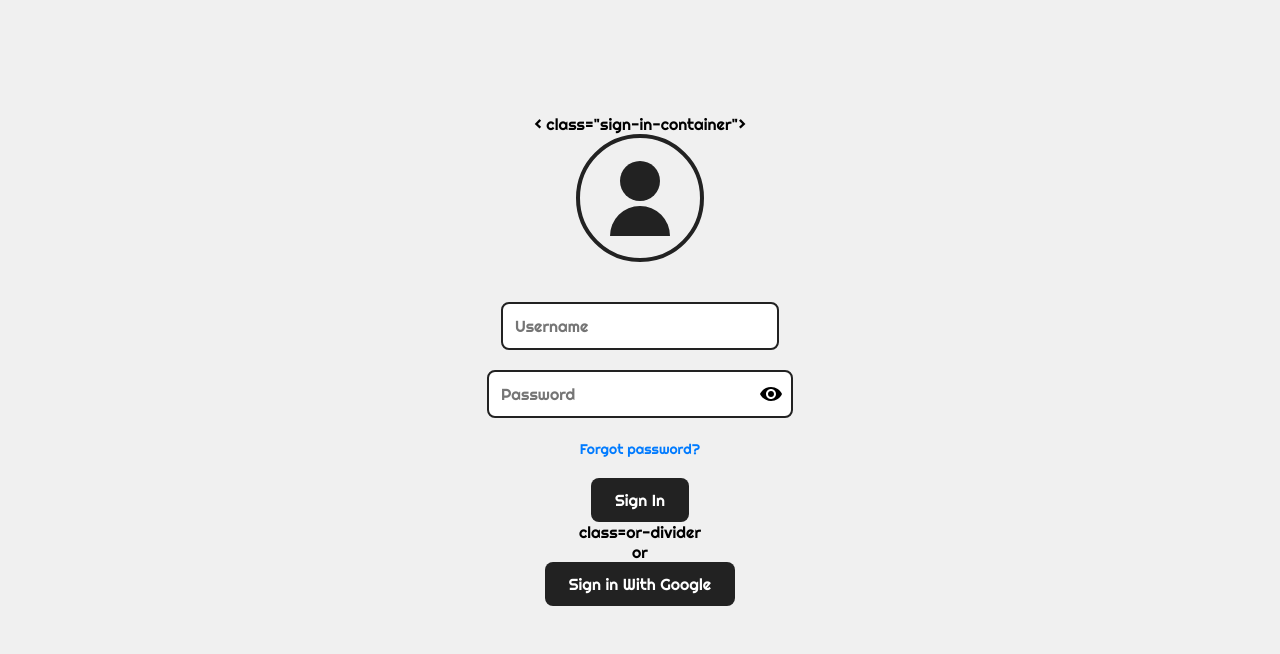
Repository: saifg123/Peer
Page: signin.html
These files come from the project's save history. The page is drawn as it stood at one moment and after the next save; the edit follows.
The browser window is 1280 px wide. The pictures show the whole page.

Above is the page before, as saved 2025-05-19 19:44:16.

### signin.html
  <!DOCTYPE html>
  <html lang="en">
  <head>
    <script src="https://accounts.google.com/gsi/client" async defer></script>
    <meta charset="UTF-8">
    <meta name="viewport" content="width=device-width, initial-scale=1.0">
    <title>Sign In</title>
    <link href="https://fonts.googleapis.com/css2?family=Righteous&display=swap" rel="stylesheet">
    <style>

  body {
        margin: 0;
        font-family: 'Righteous', cursive;
        background-color: #f0f0f0;
        display: flex;
        flex-direction: column;
        align-items: center;
        justify-content: center;
        height: 100vh;
      }

      .sign-in-container {
        text-align: center;
      }

      .guest-avatar-large {
        width: 120px;
        height: 120px;
        border: 4px solid #222;
        border-radius: 50%;
        display: flex;
        flex-direction: column;
        justify-content: center;
        align-items: center;
        margin: 0 auto 30px;
      }

      .avatar-head {
        width: 40px;
        height: 40px;
        background-color: #222;
        border-radius: 50%;
      }

      .avatar-body {
        width: 60px;
        height: 30px;
        background-color: #222;
        border-radius: 30px 30px 0 0;
        margin-top: 5px;
      }

      .input-box {
        margin: 10px 0;
      }

      input[type="text"],
      input[type="password"] {
        width: 250px;
        padding: 12px;
        font-size: 16px;
        border: 2px solid #222;
        border-radius: 8px;
        outline: none;
        font-family: 'Righteous', cursive;
      }

      input[type="text"]:focus,
      input[type="password"]:focus {
        border-color: #007BFF;
      }

      .password-wrapper {
        position: relative;
        display: inline-block;
      }

      #passwordInput {
        padding-right: 40px;
      }

      .toggle-password {
        position: absolute;
        right: 10px;
        top: 50%;
        transform: translateY(-50%);
        cursor: pointer;
        width: 24px;
        height: 24px;
        transition: opacity 0.3s ease;
        fill: #444;
      }

      .toggle-password:hover {
        fill: #007BFF;
      }

      .forgot-password {
        margin-top: 10px;
        margin-bottom: 20px;
      }

      .forgot-password a {
        text-decoration: none;
        color: #007BFF;
        font-size: 14px;
      }

      .forgot-password a:hover {
        text-decoration: underline;
      }

      .submit-btn {
        background-color: #222;
        color: #fff;
        border: none;
        padding: 12px 24px;
        font-size: 16px;
        border-radius: 8px;
        cursor: pointer;
        font-family: 'Righteous', cursive;
        transition: background-color 0.3s ease;
      }

      .submit-btn:hover {
        background-color: #007BFF;
      }

      .icon-layer {
        position: absolute;
        top: 50%;
        right: 10px;
        transform: translateY(-50%);
        width: 24px;
        height: 24px;
      }

      .icon-layer svg {
        position: absolute;
        top: 0;
        left: 0;
        width: 100%;
        height: 100%;
        transition: opacity 0.3s ease;
      }

      .icon-hidden {
        opacity: 0;
      }

      .icon-visible {
        opacity: 1;
      }
      .or-divider {
  display: flex;
  align-items: center;
  text-align: center;
  margin: 20px 0;
}

.or-divider::before,
.or-divider::after {
  content: '';
  flex: 1;
  border-bottom: 1px solid #ccc;
}

.or-divider span {
  margin: 0 10px;
  color: #777;
  font-size: 14px;
  font-family: 'Righteous', cursive;
}
      .or-divider a {
        text-decoration: none;
        color: #007BFF;
        font-size: 14px;
      }

      .or-divider a:hover {
        text-decoration: underline;
      }
    </style>
  </head>
  <body>
    < class="sign-in-container">
      <div class="guest-avatar-large">
        <div class="avatar-head"></div>
        <div class="avatar-body"></div>
      </div>

      <div class="input-box">
        <input type="text" placeholder="Username">
      </div>

      <div class="input-box password-wrapper">
        <input type="password" id="passwordInput" placeholder="Password">
        <div class="icon-layer">
          <svg id="eyeOpen" class="icon-visible" viewBox="0 0 24 24" fill="currentColor">
            <path d="M12 5C7 5 2.7 8.1 1 12c1.7 3.9 6 7 11 7s9.3-3.1 11-7c-1.7-3.9-6-7-11-7zm0 12c-2.8
                    0-5-2.2-5-5s2.2-5 5-5 5 2.2 5 5-2.2 5-5 5zm0-8c-1.7 0-3 1.3-3 3s1.3 3
                    3 3 3-1.3 3-3-1.3-3-3-3z"/>
          </svg>
          <svg id="eyeClosed" class="icon-hidden" viewBox="0 0 24 24" fill="currentColor">
            <path d="M1 4.27L2.28 3 21 21.72 19.73 23l-2.27-2.27C15.6 21 13.86 21.5 12
                    21.5c-5 0-9.3-3.1-11-7 1.1-2.6 3.1-4.7 5.5-6.1L1 4.27zM12 6.5c4.7 0
                    8.6 2.8 10 6.5-.5 1.2-1.2 2.3-2.1 3.3l-2.1-2.1c.2-.4.3-.9.3-1.4
                    0-2.2-1.8-4-4-4-.5 0-1 .1-1.4.3l-2.1-2.1C10.7 6.6 11.3 6.5 12 6.5zm-3
                    3c0 .6.2 1.2.5 1.7l-3.8-3.8c.8-.6 1.8-1.1 2.8-1.4l1.5 1.5c-.3.5-.5
                    1-.5 1.7z"/>
          </svg>
        </div>
      </div>

      <div class="forgot-password">
        <a href="#">Forgot password?</a>
      </div>
<form id="signin-form" onsubmit="event.preventDefault();">
        <button type="submit" class="submit-btn">Sign In</button>
      </form>
<div>class=or-divider</div><span>or</span>
  <form onsubmit=" fetchClassroomData(event) " >
      <button type="submit" class="submit-btn">Sign in With Google</button>
    </form>
  <script>
    function handleCredentialResponse(response) {
      console.log("Google ID token:", response.credential);
    }

    async function getAccessToken() {
      return new Promise((resolve, reject) => {
        google.accounts.oauth2.initTokenClient({
          client_id: '824197230866-ihf2fbgin6f0d4mntooh3mpt6qku7vrc.apps.googleusercontent.com',
          scope: [
            'https://www.googleapis.com/auth/classroom.courses.readonly',
            'https://www.googleapis.com/auth/classroom.courses.readonly',
            'https://www.googleapis.com/auth/classroom.coursework.me.readonly',
            'https://www.googleapis.com/auth/classroom.student-submissions.me.readonly',
            'https://www.googleapis.com/auth/classroom.profile.emails',
            'https://www.googleapis.com/auth/classroom.profile.photos',
            'https://www.googleapis.com/auth/classroom.announcements.readonly',
            'https://www.googleapis.com/auth/classroom.courseworkmaterials.readonly',
            'https://www.googleapis.com/auth/classroom.push-notifications',
            'https://www.googleapis.com/auth/classroom.topics.readonly',
            'https://www.googleapis.com/auth/classroom.coursework.me.readonly',
            'https://www.googleapis.com/auth/classroom.announcements.readonly',
          ].join(' '),
          callback: (tokenResponse) => {
            resolve(tokenResponse.access_token);
          }
        }).requestAccessToken();
      });
    }

    async function fetchClassroomData(event) {
  event.preventDefault();
  const token = await getAccessToken();
  if (!token) {
    alert("Please sign in with Google.");
    return;
  }

  const headers = { Authorization: `Bearer ${token}` };

  // Step 1: Get all courses for the signed-in user
  const coursesRes = await fetch("https://classroom.googleapis.com/v1/courses", { headers });
  const coursesData = await coursesRes.json();

  if (!coursesData.courses || coursesData.courses.length === 0) {
    console.log("No courses found.");
    return;
  }

  console.log("User's courses:", coursesData.courses);

  // Step 2: For each course, fetch announcements and coursework
  for (const course of coursesData.courses) {
    const courseId = course.id;
    console.log(`Fetching data for course: ${course.name} (${courseId})`);

    const endpoints = [
      `https://classroom.googleapis.com/v1/courses/${courseId}/announcements`,
      `https://classroom.googleapis.com/v1/courses/${courseId}/courseWork`
    ];

    for (const url of endpoints) {
  try {
    const res = await fetch(url, { headers });
    console.log(`Status for ${url}:`, res.status);

    if (!res.ok) {
      const errorText = await res.text();
      console.error(`Error response body from ${url}:`, errorText);
      continue;
    }

    const data = await res.json();
    console.log(`Data from ${url}:`, data);
  } catch (err) {
    console.error(`Error fetching ${url}:`, err);
  }
    }
  }}
  </script>
  </div>
</body>
</html>

After the next save:
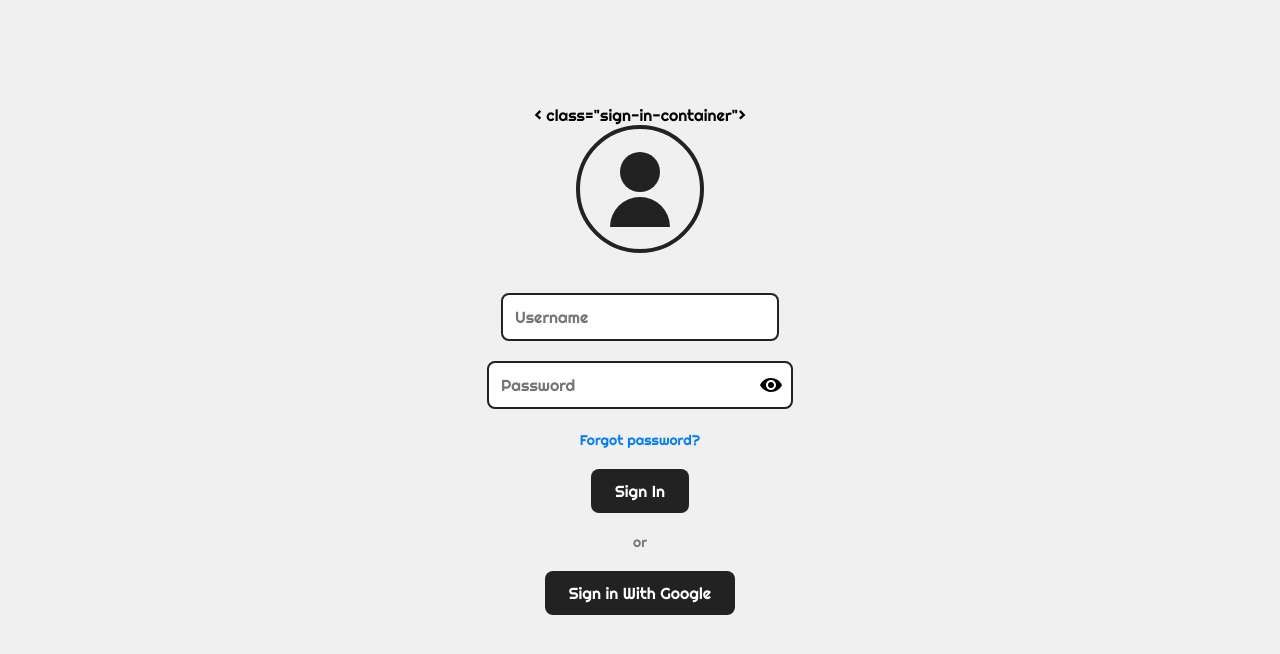
Saved 94 s later.
--- a/signin.html
+++ b/signin.html
@@ -218,7 +218,7 @@
 <form id="signin-form" onsubmit="event.preventDefault();">
         <button type="submit" class="submit-btn">Sign In</button>
       </form>
-<div>class=or-divider</div><span>or</span>
+<div class="or-divider"><span>or</span></div>
   <form onsubmit=" fetchClassroomData(event) " >
       <button type="submit" class="submit-btn">Sign in With Google</button>
     </form>
